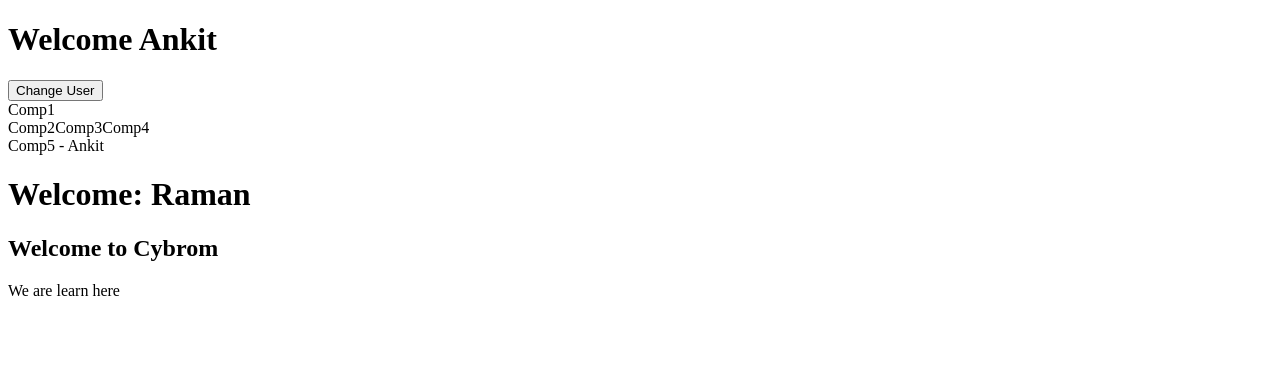
Repository: ankitgujre01/myAppContext2
Page: /
The author's editor kept a copy of each file at every save. The page is drawn from the files as they stood at one save, then again after a run of saves.
The browser window is 1280 px wide. The pictures show the whole page.
The project was rebuilt for these pictures with package versions that can differ from the ones it lists, and the page was loaded fresh each time. Also part of the build but not shown: vite.config.js.

Above is the page before, as saved 2025-04-16 18:08:54.

### src/App.jsx
import React from 'react'
import { useState, createContext } from 'react';
import Comp1 from './Comp1';
import Cybrom from './Cybrom';
import Cybrom2 from './Cybrom2';


const myContext = createContext();

const App = () => {

  const [name, setName] = useState("Raman");

  const [user, setUser] = useState("Ankit");

  const [name2, setName2] = useState("shiva");

  return (
    <>
      <h1>Welcome {user}</h1>
      <button onClick={() => setUser("Ankit Kumar")}>Change User</button>
      <myContext.Provider value={{ user, setUser }}>
        <Comp1 />

      </myContext.Provider>

      <myContext.Provider value={{ name, setName }}>
        <Cybrom />
      </myContext.Provider>

      <myContext.Provider value={{ name2, setName2 }}>
        <Cybrom2>
          We are learn here
        </Cybrom2>
      </myContext.Provider>
    </>
  )
}

export default App;
export { myContext };

### src/Comp1.jsx
import React from 'react'
import Comp2 from './Comp2';
const Comp1 = ({user}) => {
    return (
      <>
      <div>Comp1</div>
            <Comp2 user={user} />
            </>
  )
}

export default Comp1;

### src/Cybrom.jsx
import React from 'react'
import { useContext } from 'react';
import { myContext } from './App';
const Cybrom = () => {
    const { name } = useContext(myContext);
    console.log(name);
  return (
      <>
          <h1>Welcome: {name} </h1>
      </>
  )
}

export default Cybrom;

### src/Cybrom2.jsx
import React from 'react'

const Cybrom2 = ({children}) => {
  return (
      <>
          <h2>Welcome to Cybrom</h2>
          {children}
      </>
  )
}

export default Cybrom2;

### src/Comp2.jsx
import React from 'react'
import Comp3 from './Comp3';


const Comp2 = ({user}) => {
  return (
      <div>Comp2
          <Comp3 user={user}/>
    </div>
  )
}

export default Comp2;

### src/Comp3.jsx
import React from 'react'
import Comp4 from './Comp4';

const Comp3 = ({user}) => {
  return (
      <>
          Comp3
          <Comp4 user={user}/>
      </>
  )
}

export default Comp3;

### src/Comp4.jsx
import React from 'react'
import Comp5 from './Comp5';


const Comp4 = ({user}) => {
  return (
      <>
          Comp4
          <Comp5 user={user}/>
      </>
  )
}

export default Comp4;

### src/Comp5.jsx
import React, { useContext } from 'react';
import { myContext } from './App';

const Comp5 = () => {
  const { user } = useContext(myContext);

  return (
    <>
      <div>Comp5 - {user}</div>
    </>
  );
};

export default Comp5;

### src/Cybrom3.jsx
import React from 'react'

const Cybrom3 = () => {
  return (
      <>
        <h1>Welcome to here</h1>
      </>
  )
}

export default Cybrom3;

Loaded but not shown: index.html (common file); src/main.jsx (common file)

After the next 2 saves:
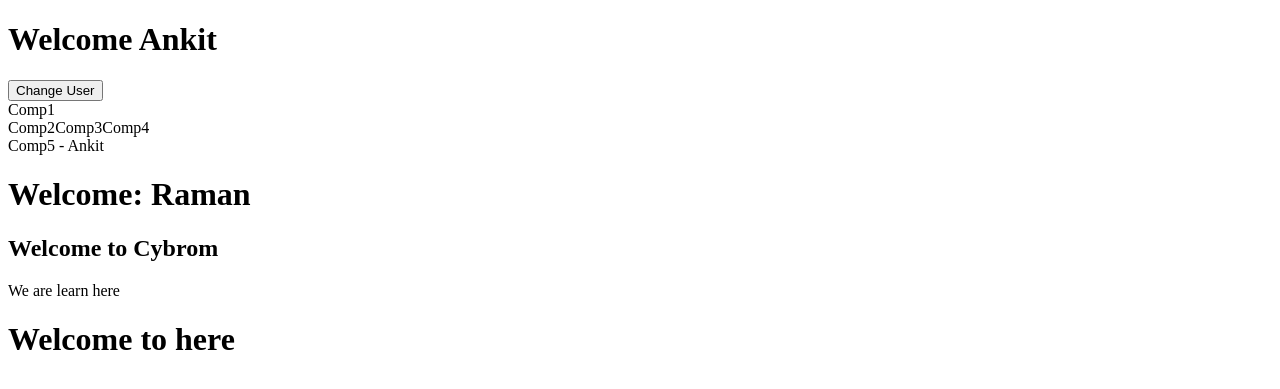
The 2 saves are shown as one change because they came seconds apart.
The last was saved 19 s later.
--- a/src/App.jsx
+++ b/src/App.jsx
@@ -3,6 +3,7 @@ import { useState, createContext } from 'react';
 import Comp1 from './Comp1';
 import Cybrom from './Cybrom';
 import Cybrom2 from './Cybrom2';
+import Cybrom3 from './Cybrom3';
 
 
 const myContext = createContext();
@@ -33,6 +34,9 @@ const App = () => {
           We are learn here
         </Cybrom2>
       </myContext.Provider>
+
+
+      <Cybrom3/>
     </>
   )
 }
